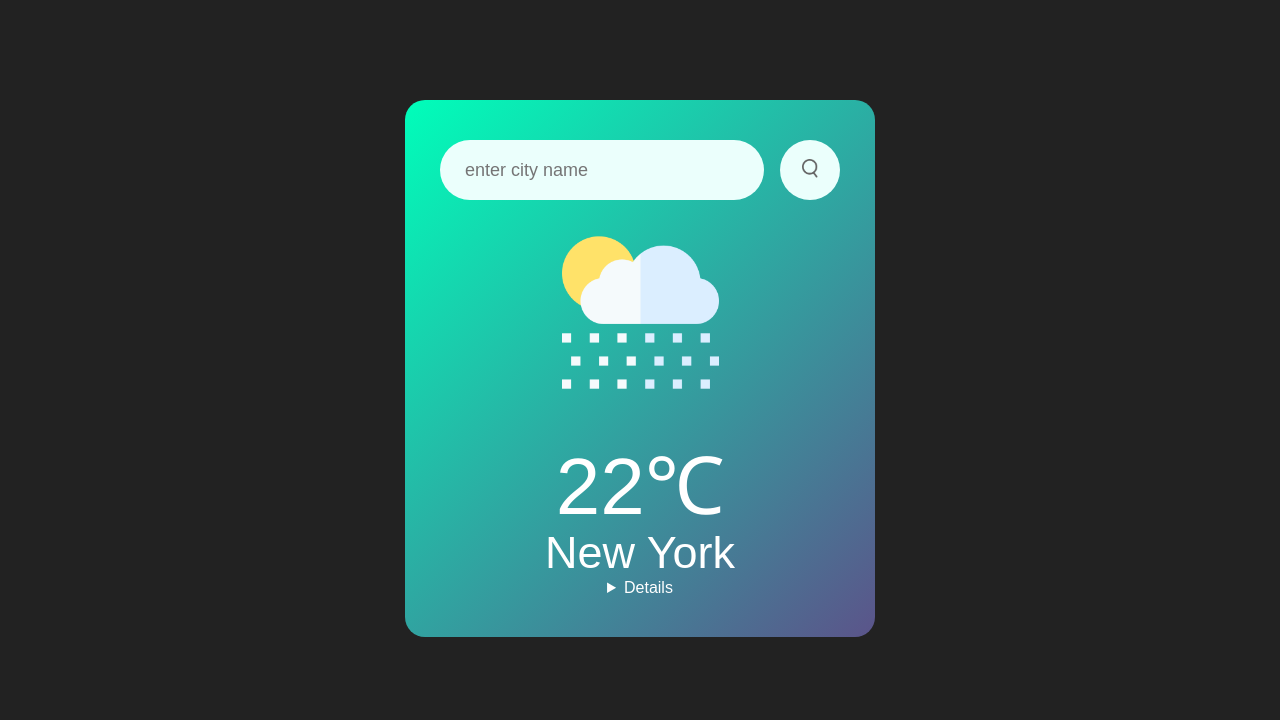
Repository: Alphosmart/weather
Page: index.html
An editor plug-in stored every save of this project. The page is shown before and after the next save, followed by the edit.
The browser window is 1280 px wide. The pictures show the whole page.

Above is the page before, as saved 2024-07-17 16:44:14.

After the next save:
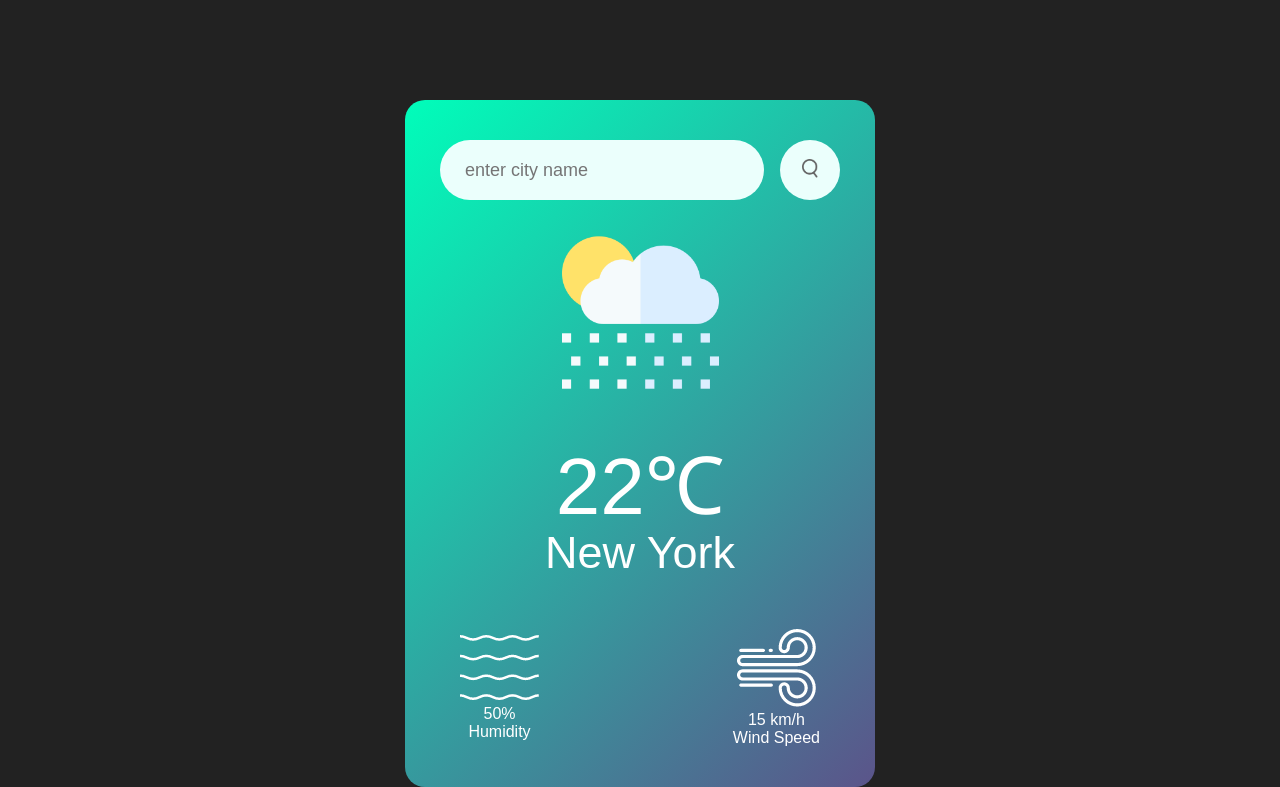
Saved 114 s later.
--- a/index.html
+++ b/index.html
@@ -16,7 +16,7 @@
         <img src="images/rain.png" class="weather-icon" />
         <h1 class="temp">22℃</h1>
         <h2 class="city">New York</h2>
-        <details>
+        <div class="details">
           <div class="col">
             <img src="images/humidity.png" />
             <div>
@@ -31,7 +31,7 @@
               <p>Wind Speed</p>
             </div>
           </div>
-        </details>
+        </div>
       </div>
     </div>
   </body>
